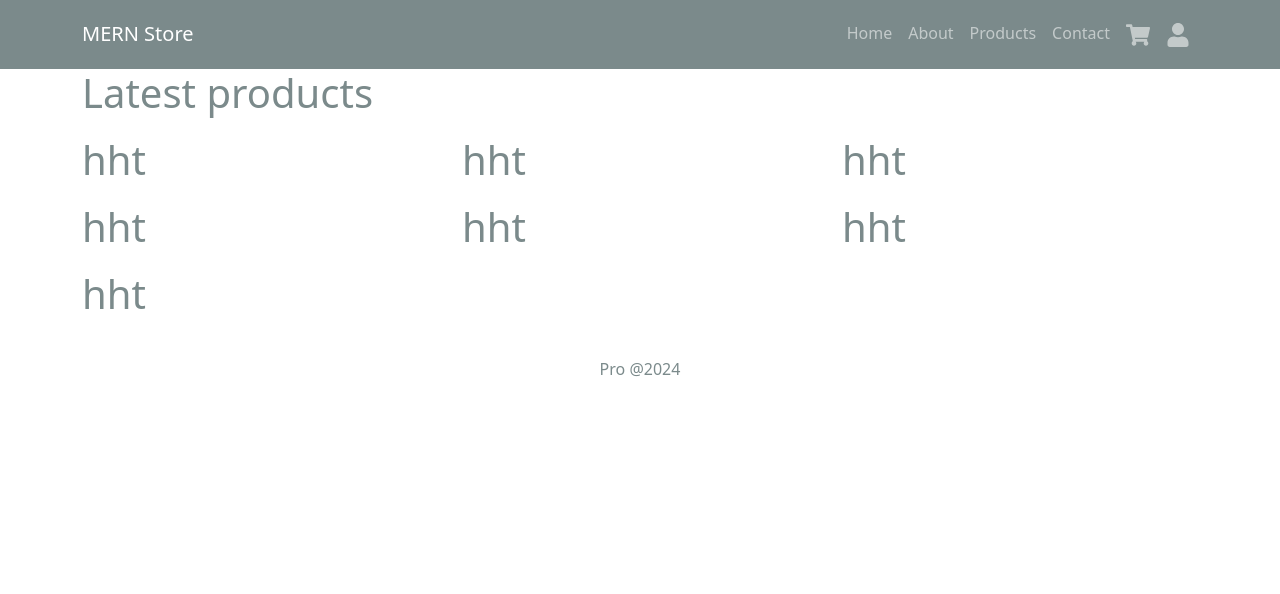
Repository: Attar786/MernStore
Page: / (app in client/)
The author's editor kept a copy of each file at every save. The page is drawn from the files as they stood at one save, then again after a run of saves.
The browser window is 1280 px wide. The pictures show the whole page.
The project was rebuilt for these pictures with package versions that can differ from the ones it lists, and the page was loaded fresh each time. Also part of the build but not shown: client/vite.config.js, client/src/App.css, client/src/assets/styles/index.css.

Above is the page before, as saved 2024-07-09 20:18:48.

After the next 4 saves:
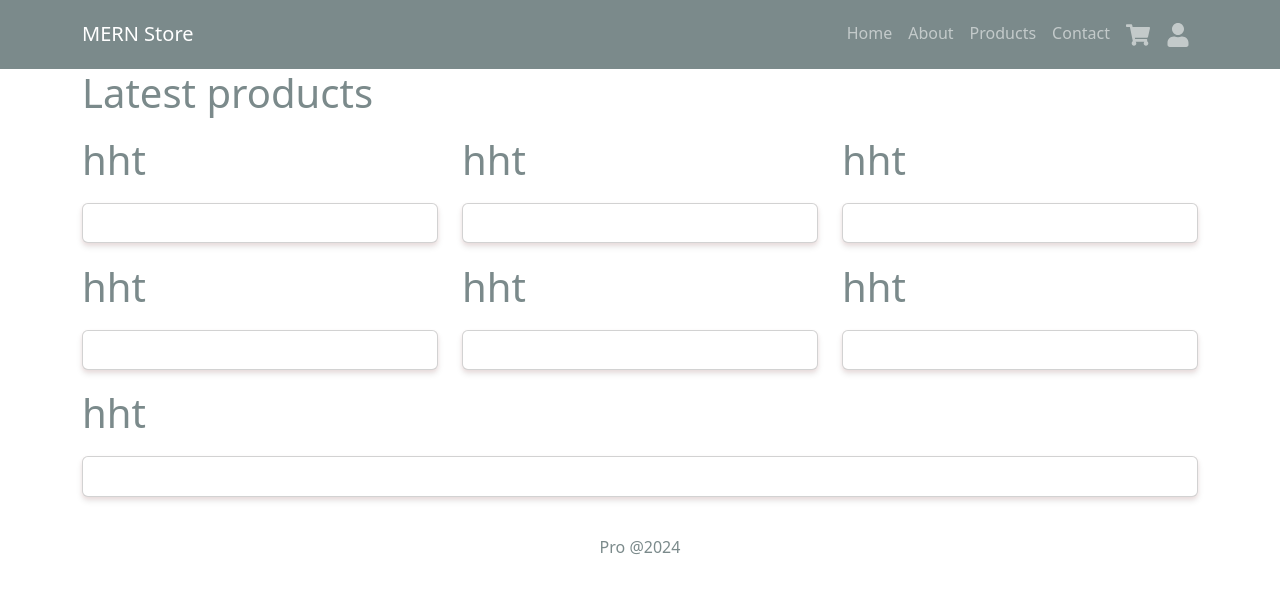
The 4 saves are shown as one change because 3 did not build or start.
The last was saved 2 min 6 s later.
--- a/client/components/Product.jsx
+++ b/client/components/Product.jsx
@@ -2,19 +2,13 @@
 
 export const Product = ({ product }) => {
   return (
+<>
 
     <h1>hht</h1>
-    // <Card className="my-3 py-3 rounded">
-    //   <a href={`/product/${product._id}`}>
-    //     <Card.Img src={product.image} variant="top" />
-    //   </a>
-    //   <Card.Body>
-    //     <a href={`/product/${product._id}`}>
-    //       <Card.Title as="h5">{product.name}</Card.Title>
-    //     </a>
-    //     <Card.Text as="h3">{/* Add your content here */}</Card.Text>
-    //   </Card.Body>
-    // </Card>
+    <Card className="my-3 py-3 rounded">
+    </Card>
+    </>
+
   );
 };
 
